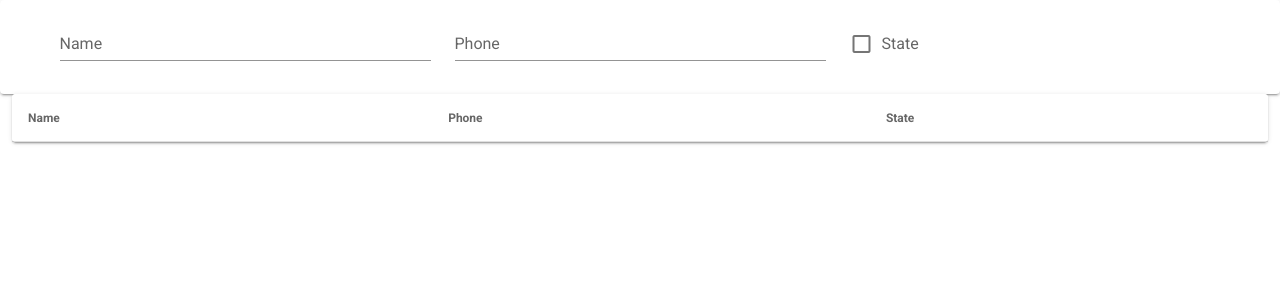
Repository: luchoCap/ContactVue-CRUD-StoryBook
Page: /
An editor plug-in stored every save of this project. The page is shown before and after the next save, followed by the edit.
The browser window is 1280 px wide. The pictures show the whole page.
The page's requests for data from a server got no answer. The project was rebuilt for these pictures with package versions that can differ from the ones it lists, and the page was loaded fresh each time. No one was signed in, and anything a server would have sent is missing. Also part of the build but not shown: vue.config.js.

Above is the page before, as saved 2020-11-23 21:57:37.

### src/App.vue
<template>
  <v-app>
    <v-main>
      <v-card class="m-3">
        <ContactForm />
      </v-card>
      <v-card class="mx-3">
        <ContactList/>
      </v-card>

    </v-main>
  </v-app>
</template>

<script>
import ContactList from './components/Contact/ContactList'
import ContactForm from './components/Contact/ContactForm'

export default {
  name: 'App',

  components: {
    ContactList,
    ContactForm
  },

  data: () => ({
    //
  }),
};
</script>

### src/components/Contact/ContactList.vue
<template>
  <v-simple-table>
    <template v-slot:default>
      <thead>
        <tr>
          <th class="text-left">
            Name
          </th>
          <th class="text-left">
            Phone
          </th>
          <th class="text-left">
            State
          </th>
        </tr>
      </thead>
      <tbody>
        <tr
          v-for="item in contacts"
          :key="item.name"
        >
          <td>{{ item.name }}</td>
          <td>{{ item.phone }}</td>
          <td>{{ item.state }}</td>
        </tr>
      </tbody>
    </template>
  </v-simple-table>
</template>



<script>
import contactProvider from '../../providers/contactProvider'
  export default {
    data: () => ({
      contacts:[]
    }),
    mounted(){
        this.getContacts()
    },
    methods: {
      getContacts(){
          contactProvider.showContacts()
          .then((contacts) => {
              this.contacts = contacts
          })
          .catch((error) => console.log(error))
      }
    },
  }
</script>

### src/components/Contact/ContactForm.vue
<template>
  <v-form>
    <v-container>
      <v-row>
        <v-col
          cols="12"
          md="4"
        >
          <v-text-field
            v-model="name"
            label="Name"
            required
          ></v-text-field>
        </v-col>

        <v-col
          cols="12"
          md="4"
        >
          <v-text-field
            v-model="phone"
            label="Phone"
            required
          ></v-text-field>
        </v-col>

        <v-col
          cols="12"
          md="4"
        >
          <v-checkbox
            v-model="state"
            label="State"
        ></v-checkbox>
        </v-col>
      </v-row>
    </v-container>
  </v-form>
</template>

<script>
  export default {
    data: () => ({
      name: '',
      phone: '',
      state:false,
    }),
  }
</script>

### src/providers/contactProvider.js
import axios from 'axios'

class contactProvider{

    createContact(form){
        return new Promise((resolve,reject) => {
            axios.post(process.env.VUE_APP_APIHOST+'/api/contact',form)
            .then((response) => {
                console.log(response)
                resolve(response.data);
            })
            .catch((error) => {
                console.error(error);
                reject(error)
                //@TODO Implementar manejo de error
            })
        })
    }

    editContact(id,form){
        return new Promise((resolve,reject) => {
            axios.put(process.env.VUE_APP_APIHOST+'/api/contact/:'+id,form)
            .then((response) => {
                console.log(response)
                resolve(response.data);
            })
            .catch((error) => {
                console.error(error);
                reject(error)
                //@TODO Implementar manejo de error
            })
        })
    }

    deleteContact(id){
        return new Promise((resolve,reject) => {
            axios.put(process.env.VUE_APP_APIHOST+'/api/contact/:'+id)
            .then((response) => {
                console.log(response)
                resolve(response.data);
            })
            .catch((error) => {
                console.error(error);
                reject(error)
                //@TODO Implementar manejo de error
            })
        })
    }

    showContacts(){
        return new Promise((resolve,reject) => {
            axios.get(process.env.VUE_APP_APIHOST+'/api/contact')
            .then((response) => {
                console.log(response)
                resolve(response.data);
            })
            .catch((error) => {
                console.error(error);
                reject(error)
                //@TODO Implementar manejo de error
            })
        })
    }
}


export default new contactProvider()

Loaded but not shown: public/index.html (common file); src/main.js (common file); src/plugins/vuetify.js (common file)

After the next save:
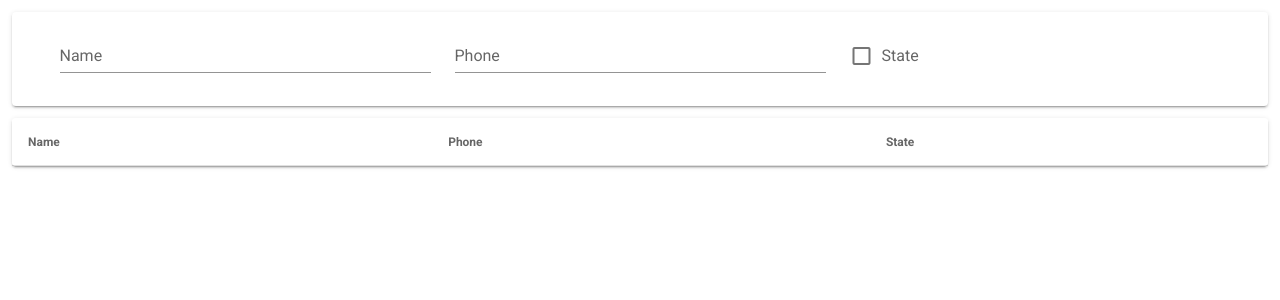
Saved 21 s later.
--- a/src/App.vue
+++ b/src/App.vue
@@ -1,10 +1,10 @@
 <template>
   <v-app>
     <v-main>
-      <v-card class="m-3">
+      <v-card class="ma-3">
         <ContactForm />
       </v-card>
-      <v-card class="mx-3">
+      <v-card class="ma-3">
         <ContactList/>
       </v-card>
 
